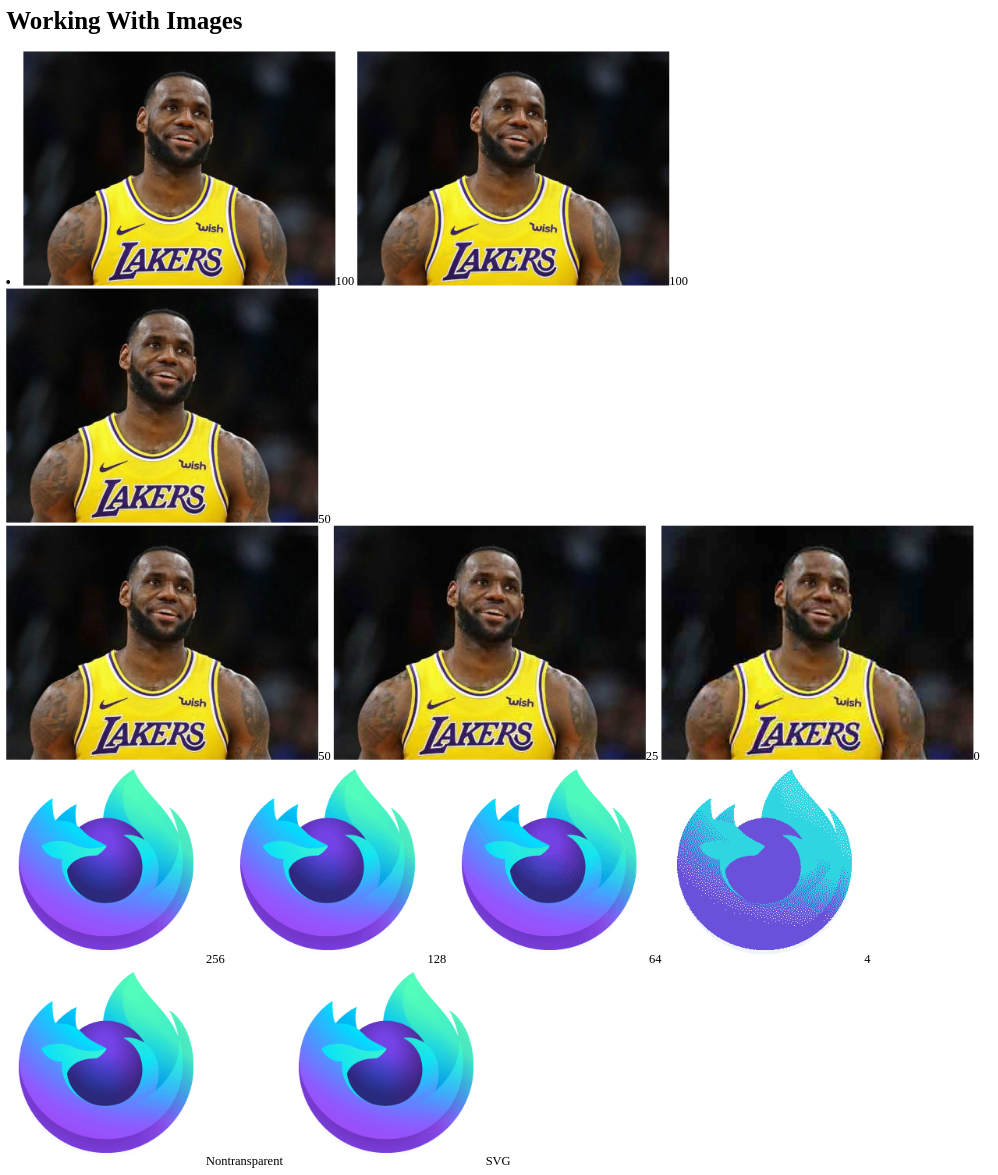
Repository: larranj1/my_website
Page: working_with_images/images_page.html
The author's editor kept a record of every edit. The page is drawn from the files as they stood at one moment, then again after the next edit.
The browser window is 1280 px wide. The pictures show the whole page, at 78% of full size.

Above is the page before.

### working_with_images/images_page.html
<html>
    <h1>Working With Images</h1>
    <li>
    <img src="bron100.jpg">100</img>
    <img src="bron100.jpg">100</img>
    <img src="bron50.jpg">50</img>

    </li>

<img src="bron50.jpg">50</img>
<img src="bron25.jpg">25</img>
<img src="bron0.jpg">0</img>
<img src="logo256.png">256</img>
<img src="logo128.png">128</img>
<img src="logo64.png">64</img>
<img src="logo4.png">4</img>
<img src="logonontransparent.png">Nontransparent</img>
<img src="logo.svg">SVG</img>
</html>

After the next edit:
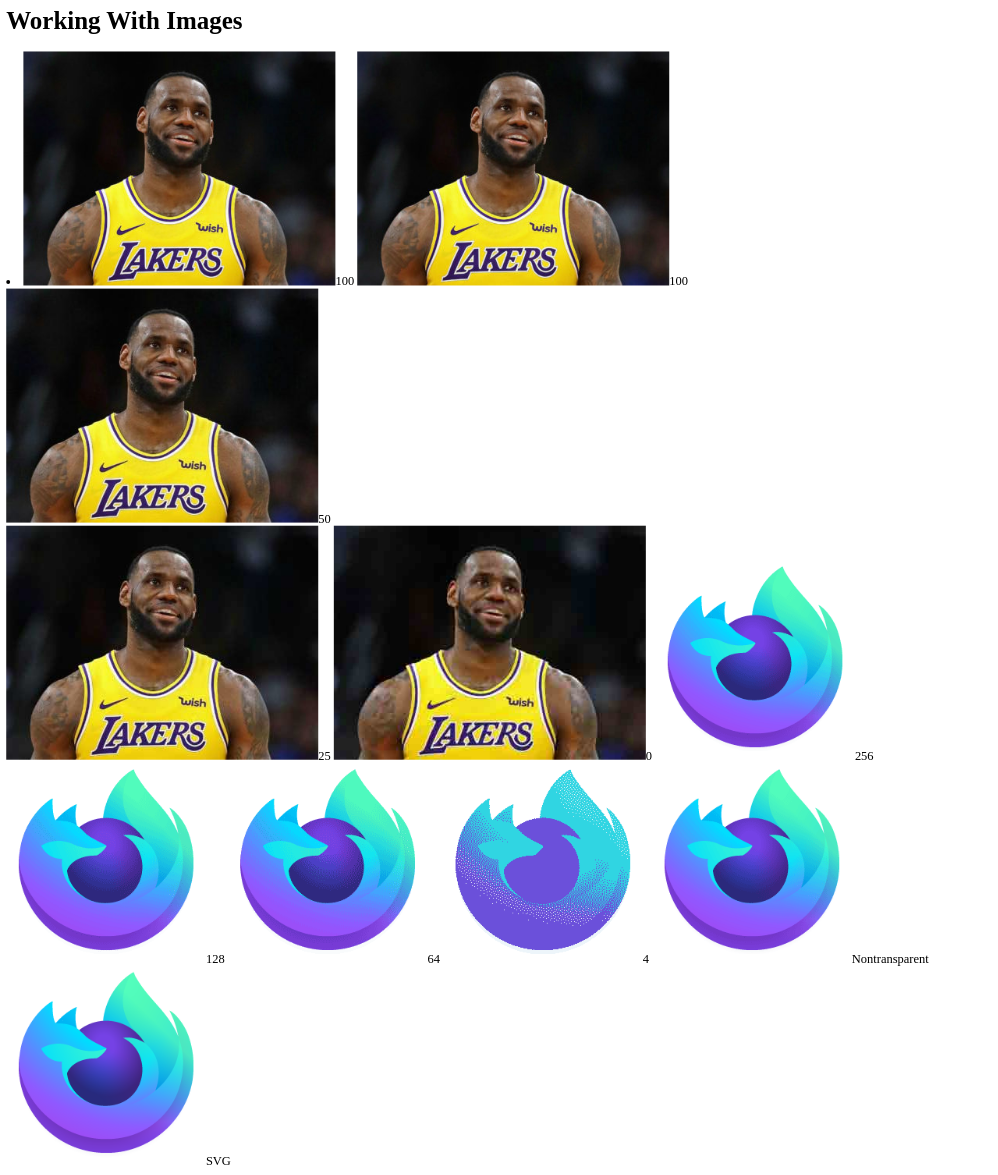
The edit:
--- a/working_with_images/images_page.html
+++ b/working_with_images/images_page.html
@@ -7,7 +7,7 @@
 
     </li>
 
-<img src="bron50.jpg">50</img>
+
 <img src="bron25.jpg">25</img>
 <img src="bron0.jpg">0</img>
 <img src="logo256.png">256</img>
